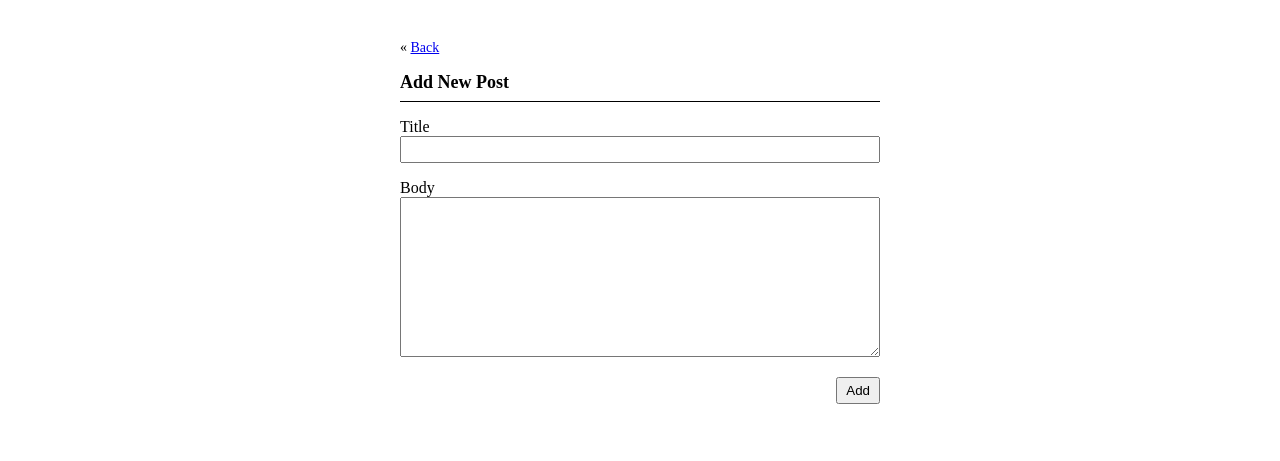
Repository: katugen/MyBBS
Page: http://localhost/posts/create
These files come from the project's save history. The page is drawn as it stood at one moment and after the next save; the edit follows.
The browser window is 1280 px wide. The pictures show the whole page.
The page is served by the project's Laravel application, run on PHP 8.4 with Laravel 10. Other server files are loaded and not shown.

Above is the page before, as saved 2023-02-23 15:27:55.

### routes/web.php
<?php

use Illuminate\Support\Facades\Route;
use App\Http\Controllers\PostController;

/*
|--------------------------------------------------------------------------
| Web Routes
|--------------------------------------------------------------------------
|
| Here is where you can register web routes for your application. These
| routes are loaded by the RouteServiceProvider and all of them will
| be assigned to the "web" middleware group. Make something great!
|
*/


Route::get('/', [PostController::class, 'index'])
    ->name('posts.index');

Route::get('/posts/{post}', [PostController::class, 'show'])
    ->name('posts.show')
    ->where('post', '[0-9]+');

Route::get('/posts/create', [PostController::class, 'create'])
    ->name('posts.create');

Route::post('/posts/store', [PostController::class, 'store'])
    ->name('posts.store');

### app/Http/Controllers/PostController.php
<?php

namespace App\Http\Controllers;

use Illuminate\Http\Request;
use App\Models\Post;

class PostController extends Controller
{


    public function index()
    {

        $posts = Post::latest()->get();
        return view('index')
            ->with(['posts' => $posts]);
    }

    public function show(Post $post)
    {

        return view('posts.show')
            ->with(['post' => $post]);
    }

    public function create()
    {

        return view('posts.create');
    }

    public function store(Request $request)
    {
        $request->validate([
            'title' => 'required|min3',
            'body' => 'required',
        ]);

        $post = new Post();
        $post->title = $request->title;
        $post->body = $request->body;
        $post->save();

        return redirect()
            ->route('posts.index');
    }
}

### resources/views/posts/create.blade.php
<x-layout>
    <x-slot name="title">
        Add New Post - My BBS
    </x-slot>
    <div class="back-link">
        &laquo; <a href="{{ route('posts.index') }}">Back</a>
    </div>
    <h1>Add New Post </h1>
    <form method="post" action="{{ route('posts.store') }}">
        @csrf
        <div class="form-group">
            <label>
                Title
                <input type="text" name="title">
            </label>

        </div>
        <div class="form-group">
            <label>
                Body
                <textarea name="body"></textarea>
            </label>
        </div>
        <div class="form-button">
            <button>Add</button>
        </div>
    </form>
</x-layout>

### resources/views/components/layout.blade.php
<!DOCTYPE html>
<html lang="ja">

<head>
    <meta charset="UTF-8">
    <meta name="viewport" content="width=device-width, initial-scale=1.0">
    <meta http-equiv="X-UA-Compatible" content="ie=edge">
    <title>{{ $title }}</title>
    <link rel="stylesheet" href="{{ url('css/style.css') }}">
</head>

<body>
    <div class="container">
        {{ $slot }}
    </div>
</body>

</html>

### public/css/style.css
.container {
    width: 480px;
    margin: 40px auto;
}

h1 {
    border-bottom: 1px solid;
    font-size: 18px;
    margin: 16px 0;
    padding-bottom: 8px;
    display: flex;
    align-items: center;
}

h1>a {
    font-size: 16px;
    font-weight: normal;
    margin-left: auto;
}

li {
    line-height: 1.6;
    margin-bottom: 8px;
}

.back-link {
    font-size: 14px;
}

p {
    line-height: 1.6;
}

input,
textarea {
    padding: 4px;
    width: 100%;
    box-sizing: border-box;
}

textarea {
    height: 160px;
}

button {
    padding: 4px 8px;
}

.form-group {
    margin-bottom: 16px;
}

.form-button {
    text-align: right;
}

Loaded but not shown: app/Providers/AppServiceProvider.php (common file); app/Http/Controllers/Controller.php (common file)

After the next save:
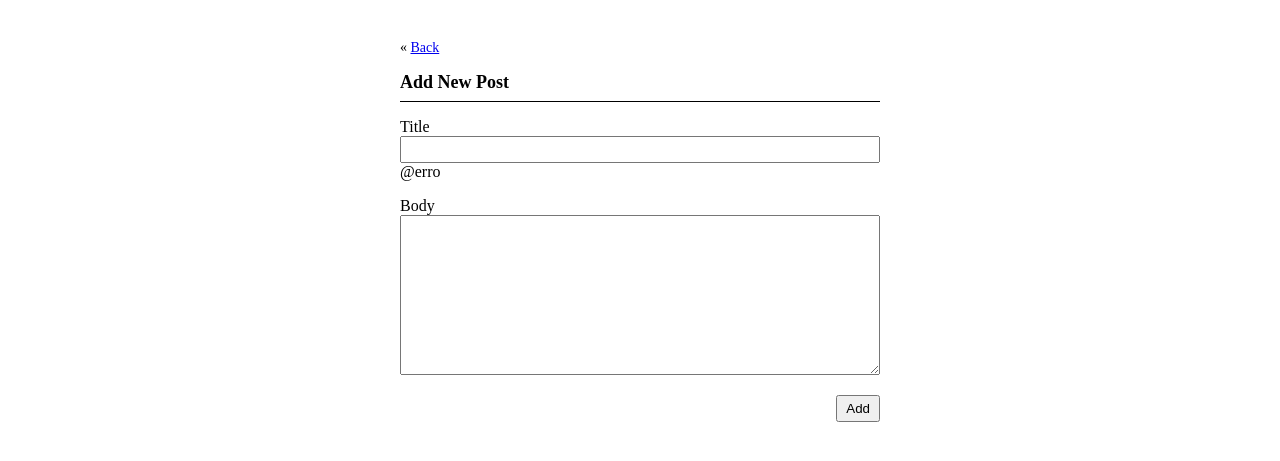
Saved 7 s later.
--- a/resources/views/posts/create.blade.php
+++ b/resources/views/posts/create.blade.php
@@ -13,7 +13,7 @@
                 Title
                 <input type="text" name="title">
             </label>
-
+            @erro
         </div>
         <div class="form-group">
             <label>

After the 3 saves that followed:
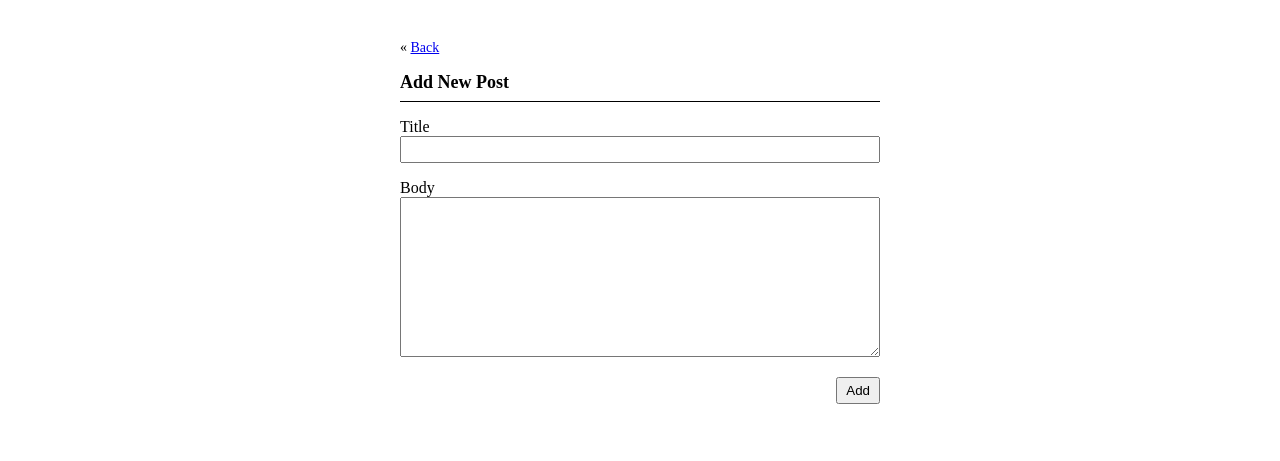
The 3 saves are shown as one change because 1 did not build or start and some came seconds apart.
The last was saved 14 s later.
--- a/resources/views/posts/create.blade.php
+++ b/resources/views/posts/create.blade.php
@@ -13,7 +13,9 @@
                 Title
                 <input type="text" name="title">
             </label>
-            @erro
+            @error('title')
+
+            @enderror
         </div>
         <div class="form-group">
             <label>
